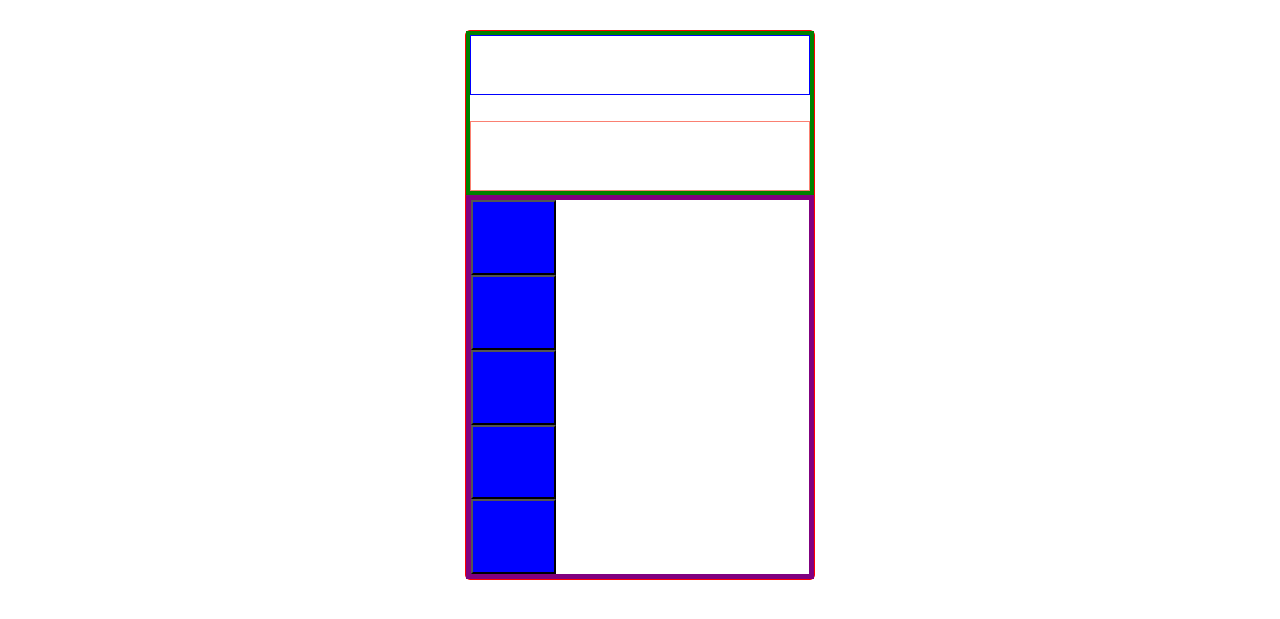
Repository: OfirLana/Calculator
Page: index.html
These files come from the project's save history. The page is drawn as it stood at one moment and after the next save; the edit follows.
The browser window is 1280 px wide. The pictures show the whole page.

Above is the page before, as saved 2019-03-12 18:18:44.

### index.html
<!DOCTYPE html>
<html lang="en">

<head>
    <meta charset="UTF-8">
    <meta name="viewport" content="width=device-width, initial-scale=1.0">
    <meta http-equiv="X-UA-Compatible" content="ie=edge">
    <link href="https://fonts.googleapis.com/css?family=Lato:100,300,400,700,900" rel="stylesheet">
    <title>Document</title>
    <link rel="stylesheet" href="style.css">
</head>

<body>
    <div class="calculator">
        <div class="output_box">
            <div class="main_output">
                <span class="main_output_text">

                </span>
            </div>
            <div class="sub_output">
                <span class="sub_output_text">

                </span>
            </div>
        </div>


        <div class="opeartor_box">
            <button class="opeartor_button"></button>
            <button class="opeartor_button"></button>
            <button class="opeartor_button"></button>
            <button class="opeartor_button"></button>
            <button class="opeartor_button"></button>


        </div>








    </div>
    <script src="index.js"></script>
</body>

</html>

### style.css
* {
    margin: 0;
    padding: 0;
    box-sizing: border-box;
}

html {
    font-size: 62.5%;
}

body {
    font-family: "Lato", sans-serif;
    font-weight: 400;
    font-size: 1.6rem;
    line-height: 1.7;
    color: #777;
    padding: 3rem;
}

.calculator {
    display: flex;
    flex-direction: column;
    margin: 0 auto;
    width: 35rem;
    height: 55rem;
    border: 1px solid red;
    border-radius: 5px;
}

.output_box {
    display: flex;
    flex-direction: column;
    flex-basis: 30%;
    border: 4px solid green;
    width: 100%;
    justify-content: space-between
}

.main_output {
    display: flex;
    border: 1px solid blue;
    height: 6rem;
    /* background:blue; */

}

.sub_output {
    display: flex;
    border: 1px solid salmon;
    height: 7rem;
    /* background:red; */
}

.opeartor_box{
    display:flex;
    flex-direction: column;
    width:100%;
    border:5px solid purple;
    flex-basis:70%;
}

.opeartor_button{
    width:25%;
    height:20%;
    background:blue;
}

Loaded but not shown: index.js (no copy from this time; the picture is the same without it)

After the next save:
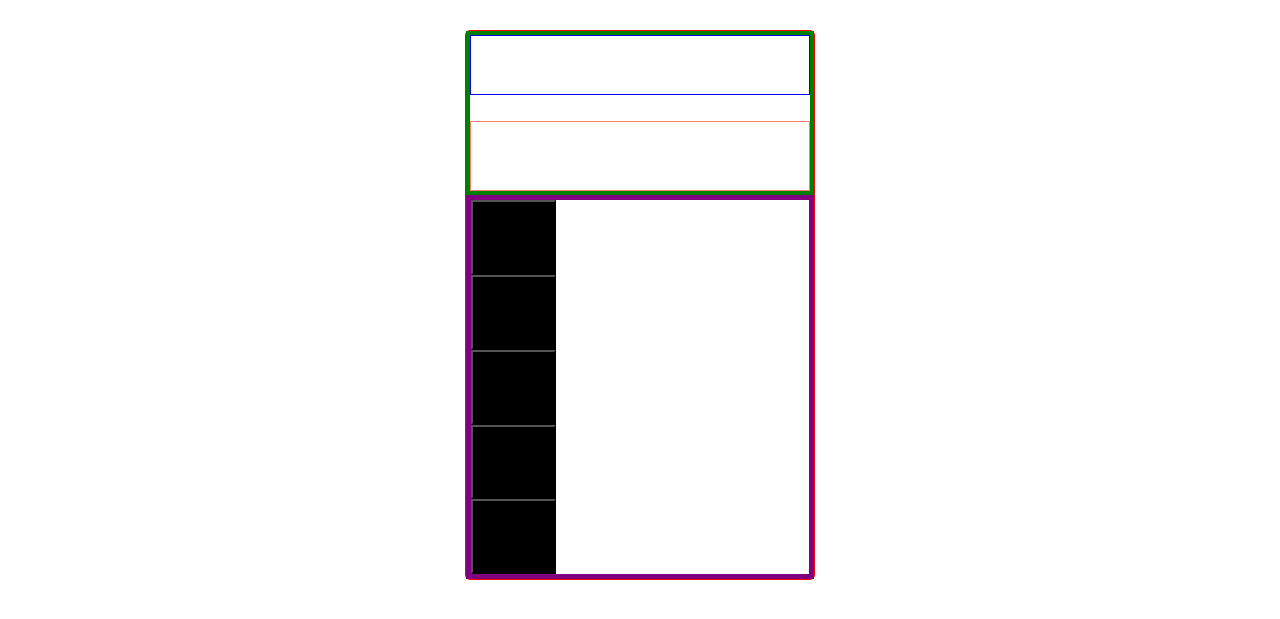
Saved 7 s later.
--- a/style.css
+++ b/style.css
@@ -62,5 +62,5 @@ body {
 .opeartor_button{
     width:25%;
     height:20%;
-    background:blue;
+    background:black;
 }
